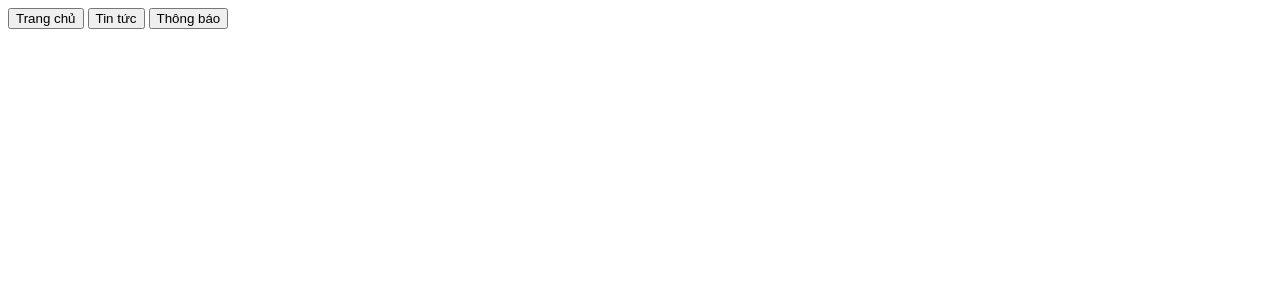
Repository: trinh-xuan-ha/trinhxuanha_noithat
Page: test/test.html
These files come from the project's save history. The page is drawn as it stood at one moment and after a run of saves; the edit follows.
The browser window is 1280 px wide. The pictures show the whole page.

Above is the page before, as saved 2023-06-16 00:20:04.

After the next 6 saves:
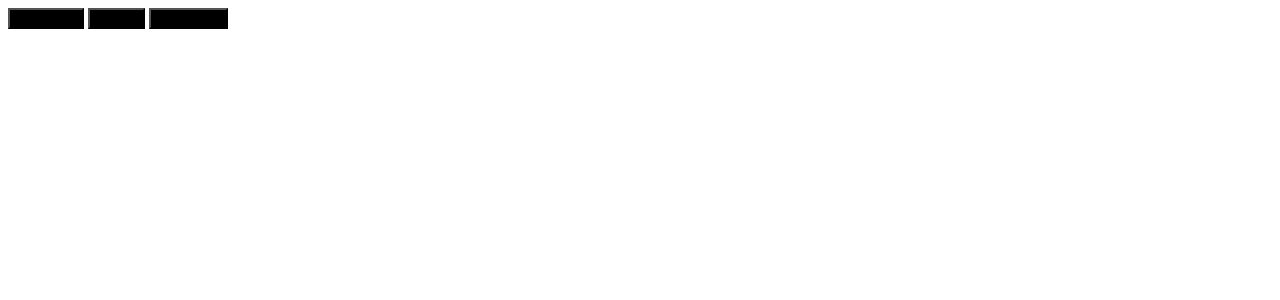
The 6 saves are shown as one change because they came seconds apart.
The last was saved 2 min 11 s later.
--- a/test/test.css
+++ b/test/test.css
@@ -1,5 +1,5 @@
 button {
-  color: black; /* Màu mặc định */
+  background-color: black;
 }
 
 button.active {
